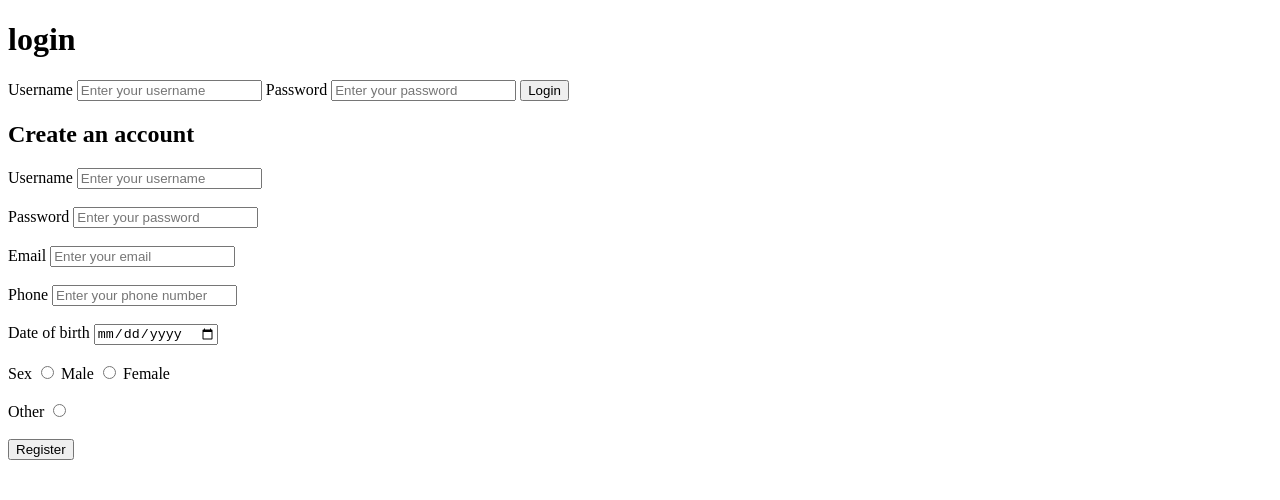
Repository: bao2222/hoc-lam-web
Page: welcome.html
An editor plug-in stored every save of this project. The page is shown before and after the next save, followed by the edit.
The browser window is 1280 px wide. The pictures show the whole page.

Above is the page before, as saved 2024-12-30 08:58:41.

### welcome.html
<!DOCTYPE html>
<html lang="en">

    <head>
        <meta charset="UTF-8">
        <title>Welcome</title>
        <meta content = "this is my website" name = "description">
        <meta author = "me">




    </head>

    <body>
        <h1>login</h1>
        <div>
            <div class="login">
                <form action="project.js" method="POST" >

                    <label for="username">Username</label>
                    <input type="text" id="username" placeholder="Enter your username" name="username" required>

                    <label for="password">Password</label>
                    <input type="password" id="password" placeholder="Enter your password" name="password" required>

                    <button type="submit">Login</button>

                </form>
            </div>

            <h2>Create an account</h2>
            <div>
                <div class="register">
                    <form action="project.js" method="POST" >

                        <label for="register_username">Username</label>
                        <input type="text" id="register_username" placeholder="Enter your username" name="register_username" required><br><br>

                        <label for="register_password">Password</label>
                        <input type="password" id="register_password" placeholder="Enter your password" name="password" required><br><br>

                        <label for="register_email">Email</label>
                        <input type="email" id="register_email" placeholder="Enter your email" name="email" required><br><br>

                        <label for="register_phone">Phone</label>
                        <input type="tel" id="register_phone" placeholder="Enter your phone number" name="phone" required><br><br>

                        <label for="register_dob">Date of birth</label>
                        <input type="date" id="register_dob" placeholder="Enter your date of birth" name="dob" required><br><br>

                        <label for="register_sex">Sex</label>
                        <input type="radio" id="register_male" name="sex" value="male" required>
                        <label for="register_male">Male</label>
                        <input type="radio" id="register_female" name="sex" value="female" required>
                        <label for="register_female">Female</label><br><br>
                        <label for="register_other">Other</label>
                        <input type="radio" id="register_other" name="sex" value="other" required><br><br>


                        <button type="submit">Register</button>

                    </form>



                </div>


            </div>



        </div>





    </body>





</html>

After the next save:
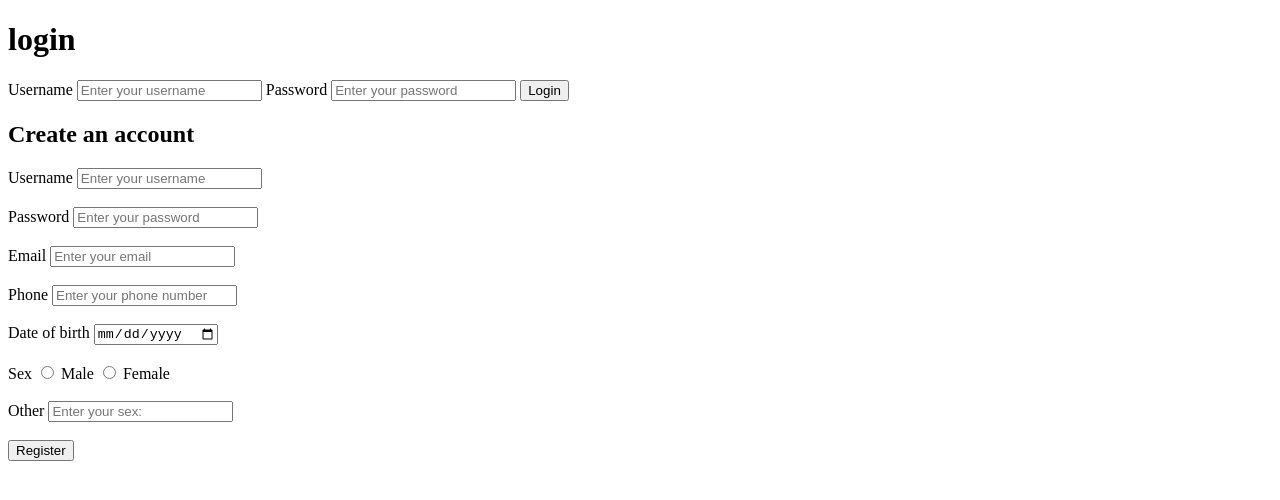
Saved 43 s later.
--- a/welcome.html
+++ b/welcome.html
@@ -55,7 +55,7 @@
                         <input type="radio" id="register_female" name="sex" value="female" required>
                         <label for="register_female">Female</label><br><br>
                         <label for="register_other">Other</label>
-                        <input type="radio" id="register_other" name="sex" value="other" required><br><br>
+                        <input type="text" id="register_other" placeholder="Enter your sex: " name="other" required><br><br>
 
 
                         <button type="submit">Register</button>
